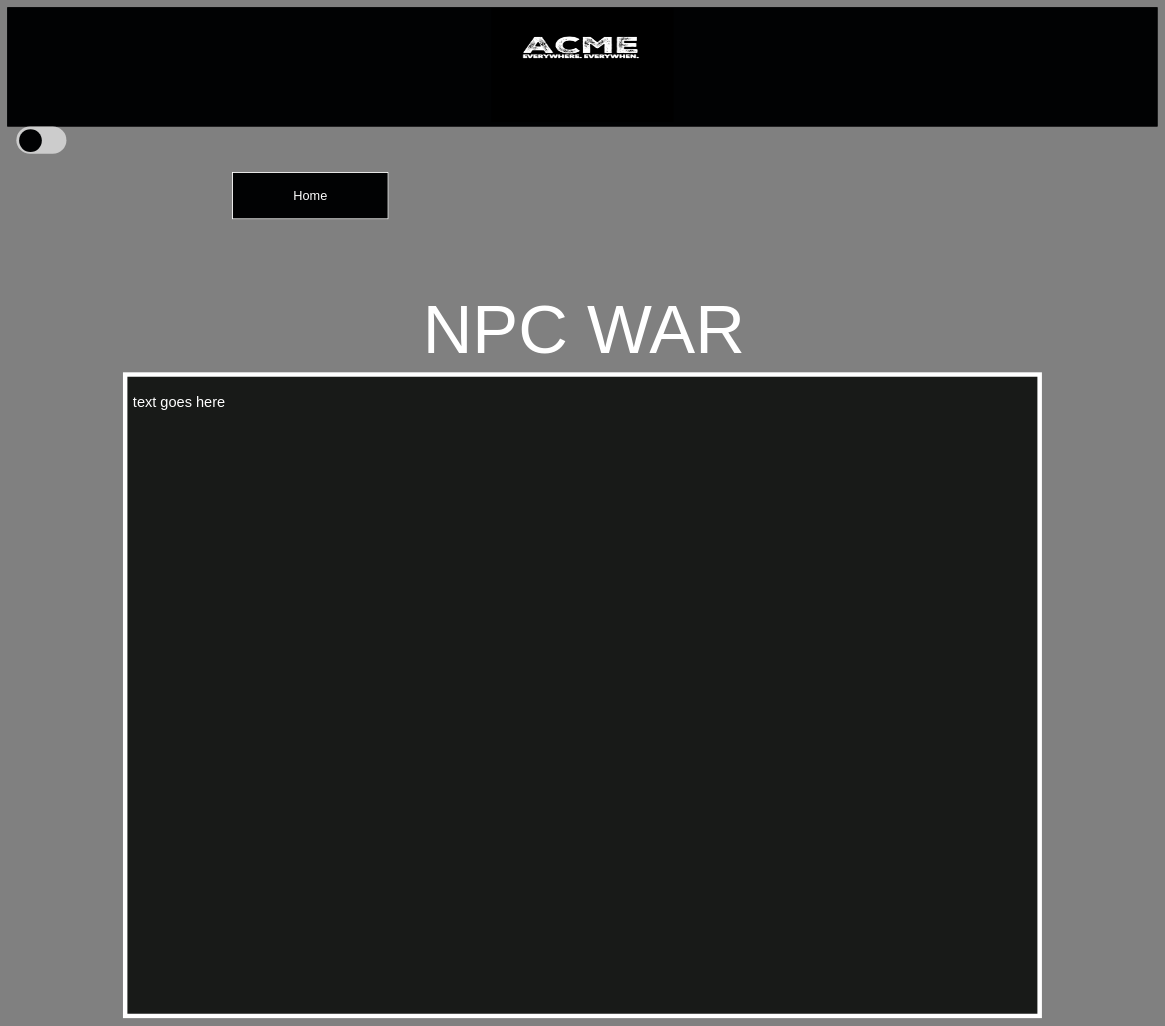
Repository: omega7379/omega7379.github.io
Page: npcWar.html
The author's editor kept a copy of each file at every save. The page is drawn from the files as they stood at one save, then again after a run of saves.
The browser window is 1280 px wide. The pictures show the whole page, at 91% of full size.

Above is the page before, as saved 2022-07-02 22:16:37.

### npcWar.html
<!--created by Josip Bailey
Created 020722, Last Update 020722-->
<!DOCTYPE html>
<!--meta data-->
<meta charset="UTF-8">
<meta http-equiv="X-UA-Compatible" content="IE=edge">
<meta name="viewport" content="width=device-width, initial-scale=1.0">

<html lang="en">
    <body class="background">
        <header>
            <head>
                <!--tab title-->
                <title>ACME TIKTOK</title>
                <link rel="icon" href="acmeanvil.png">

                <!--import css-->
                <link id = "theme" rel="stylesheet" type="text/css" href="acmeStyleGuideDark.css">

            </head>

            <div class="top">
                <img src="acmelogo.png" alt="Homescreen Logo" width="200" height="125">
            </div>

        </header>
        <!--main section-->
        <main>
            <!--create toggle button to adjust switch colour-scheme-->
            <span class="toggle">
                <label class="switch" onclick="toggleTheme()">
                    <input type="checkbox">
                    <span class="slider"></span>
                </label>
            </span>

            <!--dropdown menu-->
            <div class="wrapper">
                <ul><li>Home
                    <ul>
                    <li><a href="home.html">Home</a></li>
                    </li>
                    <li>Departments
                        <ul>
                            <li>Support
                                <ul>
                                    <li><a href="villianSupport.html">Villian Support</a></li>
                                    <li><a href="heroSupport.html">Hero Support</a></li>
                                    <li><a href="sidekickSupport.html">Sidekick Support</a></li>
                                    <li><a href="antiheroSupport.html">Antihero Support</a></li>
                                    <li><a href="memberSolutions.html">Member Solutions</a></li>
                                    <li><a href="itSupport.html">IT Support</a></li>
                                </ul>
                            </li>
                            <li>Corporate
                                <ul>
                                    <li><a href="corporate.html">Corporate</a></li>
                                    <li><a href="legal.html">Legal</a></li>
                                    <li><a href="collections.html">Collections</a></li>
                                    <li><a href="buildCrew.html">Build Crew</a></li>
                                    <li><a href="marketing.html">Marketing</a></li>
                                    <li><a href="communications.html">Communications</li>
                                    <li><a href="letters.html">Letters</a></li>
                                    <li><a href="humanResources.html">Human Resources</a></li>
                                    <li><a href="transportation.html">Transportation</a></li>
                                    <li><a href="publicRelations.html">Public Relations</a></li>
                                    <li><a href="evidenceDisposal.html">Evidence Disposal</a></li>
                                </ul>
                            </li>
                        </ul>
                    </li>
                    <li>Major Events
                        <ul>
                            <li><a href="borg.html">Borg Attack</a></li>
                            <li><a href="ork.html">Ork Invasion</a></li>
                            <li><a href="councilWar.html">Council War</a></li>
                            <li><a href="timeKeepers.html">Time Keepers</a></li>
                            <li><a href="TerryEscape.html">Terry's Escape</a></li>
                            <li><a href="hacked.html">The Hacker</a></li>
                            <li><a href="npcWar.html">NPC War</a></li>
                        </ul>
                    </li>
                    <li><a href="contact.html">Contact</a></li>
                </ul>
            </div>
        </br></br></br>
            <div class="title">
                <p>NPC WAR</p>
            </div>
            <!--main table holding the contents of the page-->
            <div class="contentTable">
                <table>
                    <tr><td>
                        <!--contents of page go here-->
                        <p>
                            text goes here
                        </p>
                    </tr></td>
                </table>
            </div>
        </main>
        <script type="text/javascript" src="acmejs.js"></script>
    </body>
</html>

### acmeStyleGuideDark.css
/*CSS webpage dark mode ACME, created by Josip Bailey
created 170122, last update 170622*/

/*header styling applying black to expand image without stretching*/
div.top {
    border: 1px solid #010203;
    background-color: #010203;
    text-align: center;
    align-content: center;
}
.title{
    font-size: 2cm;
    margin: auto;
    text-align: center;
    align-content: center;
}

/*start of the toggle button might delete*/
div.toggle{
    position: absolute;
    top: 50%;
    left:50%;
    transform: translate(-50%,-50%);
    text-align: left;
}
.switch{
    position: relative;
    display: inline-block;
    width: 55px;
    height: 30px;
    margin: 0 10px;

}
.slider{
    position: absolute;
    cursor: pointer;
    top: 0;
    left: 0;
    right: 0;
    bottom: 0;
    background-color: #ccc;
    transition: 0.4s;
    border-radius: 18px;
}
.switch input {display: none;}
.slider:before{
    position: absolute;
    content:"";
    height: 25px;
    width: 25px;
    left: 2.5px;
    bottom: 2.5px;
    background-color: #010203;
    transition: 0.4s;
    border-radius: 25px;
}
input:checked + .slider{
    background-color: #ccc;
}

input:checked + .slider:before{
    transform: translateX(25px);
}
/*end of button styling*/

/*background*/
.background{
    background-color: grey;
}

/*adjust text*/
p{
    margin-bottom: 4px;
    margin-left: 3px;
    font-family: Arial, Helvetica, sans-serif;
    color: white;
}
.chapter{
    margin-bottom: 8px;
    font-family: Arial, Helvetica, sans-serif;
    color: white;
    font-size: 1cm;
    text-align: center;
}

/*contentTable styling*/
.contentTable{
    border: 5px solid white;
    background-color: #181A18;
    max-width: 1000px;
    margin: auto;
    height: 700px;
    overflow: scroll;
}
.contentTablePDF{
    border: 5px solid white;
    /*background-color: #181A18;*/
    max-width: 1000px;
    margin: auto;
    height: 700px;
}
::-webkit-scrollbar{
    width: 12px;
    height: 12px;
}
::-webkit-scrollbar-thumb {
    background: white;
    border-radius: 10px;
}
::-webkit-scrollbar-thumb:hover {
    background: crimson;
}

/*drop down menu*/
.wrapper{
    width: 850px;
    margin: auto;
}
.wrapper ul{
    list-style: none;
    margin-top: 5px;
}
.wrapper ul li{
    background: #010203;
    width: 170px;
    border: 1px solid white;
    height: 50px;
    line-height: 50px;
    text-align: center;
    float: left;
    color: white;
    font-size: 14px;
    position: relative;
    font-family: Arial, Helvetica, sans-serif;
}
.wrapper ul ul{
    display: none;
}
.wrapper ul li:hover{
    background: crimson;
}
/*not broken, just a FEATURE*/
.wrapper ul li:hover > ul{/*messing with padding here to increase mouse accuracy and drop alignment*/
    display: block;
    margin: 0 0 -10em -2em;
    padding: 0 0 -2em 2em;
    z-index: 1;
    position: relative;
}
.wrapper ul ul ul{
    margin-left: 136px;
    top: 0;
    position: absolute;
}
/*adjust hyperlink colours*/
a:link{
    color: white;
}
a:visited{
    color: white;
}
a:hover{
    color: black;
}

### acmejs.js
/*enable switch for css pages-->*/
/*function toggleTheme(){
    var theme = document.getElementsByTagName('link')[0];
    if (theme.getAttribute('href') == 'acmeStyleGuideDark.css'){
        theme.setAttribute('href', 'acmeStyleGuideLight.css');
    }
    else {
        theme.setAttribute('href', 'acmeStyleGuideDark.css');
    }
}*/

function toggleTheme(){
    document.getElementsById('theme').href='acmeStyleGuideLight'
}

After the next 5 saves:
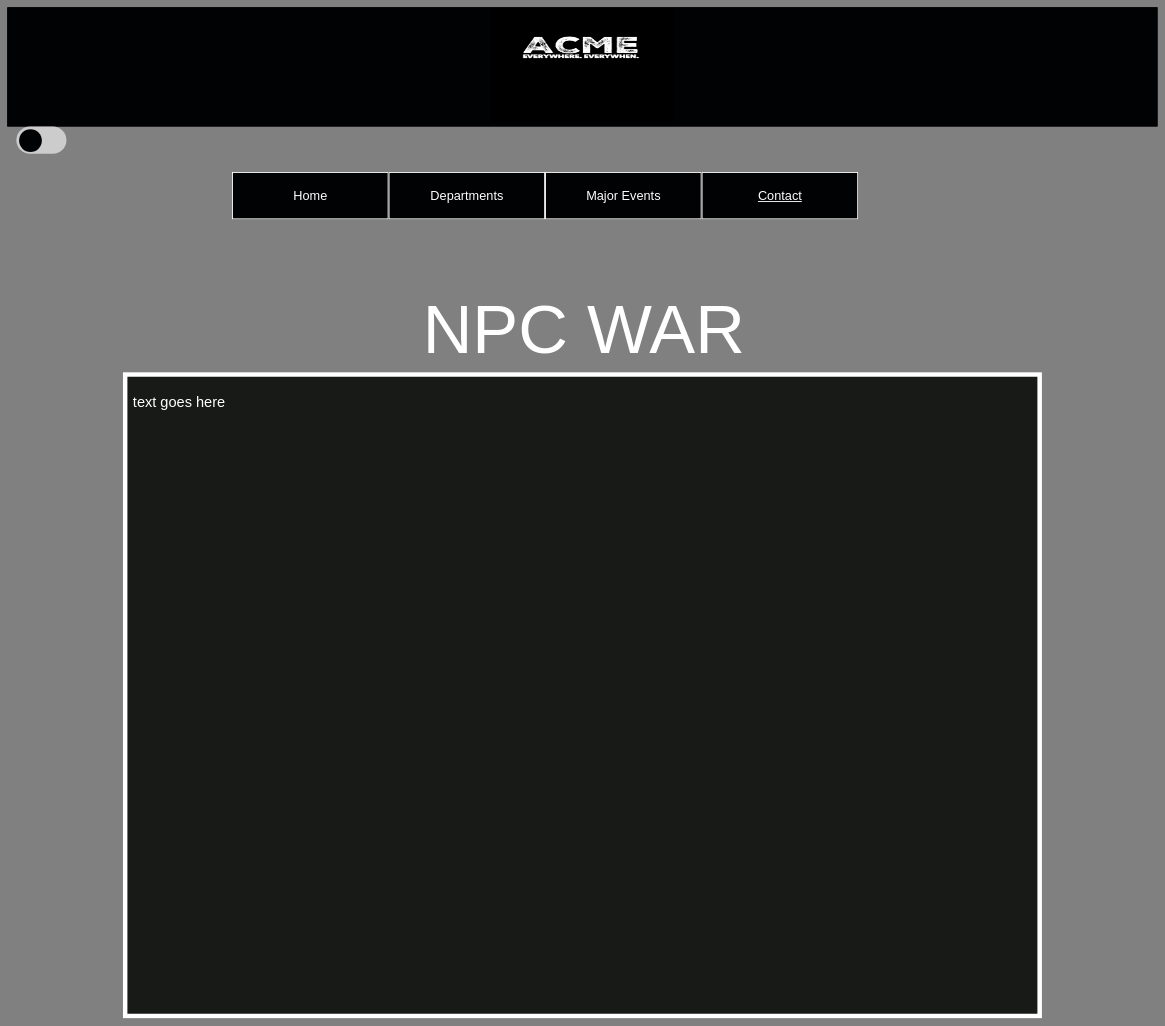
The 5 saves are shown as one change because they came seconds apart.
The last was saved 15 s later.
--- a/npcWar.html
+++ b/npcWar.html
@@ -38,7 +38,9 @@
             <div class="wrapper">
                 <ul><li>Home
                     <ul>
-                    <li><a href="home.html">Home</a></li>
+                        <li><a href="home.html">Home</a></li>
+
+                    </ul>
                     </li>
                     <li>Departments
                         <ul>
